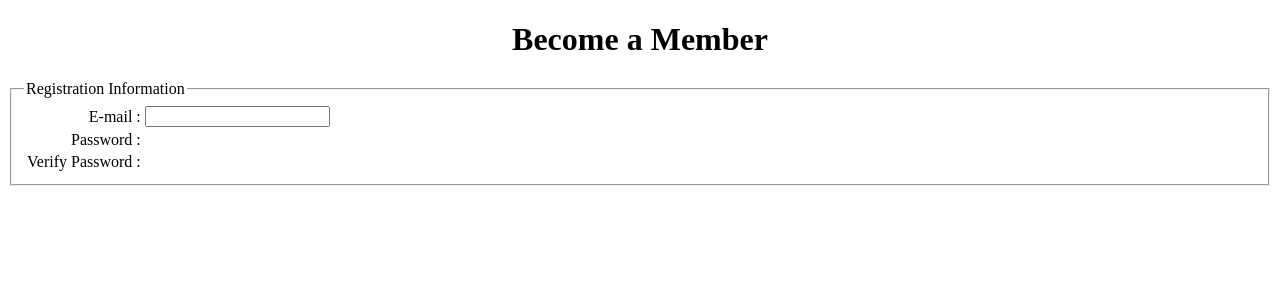
Repository: kjungyoun/Web_Study_2021
Page: homework_front/WebContent/0302/0302.html
An editor plug-in stored every save of this project. The page is shown before and after the next save, followed by the edit.
The browser window is 1280 px wide. The pictures show the whole page.

Above is the page before, as saved 2021-03-02 09:10:42.

### homework_front/WebContent/0302/0302.html
<!DOCTYPE html>
<html>
<head>
<meta charset="UTF-8">
<title>Become a Member</title>
</head>
<body>
<header>
	<h1 align="center">
		Become a Member
	</h1>
</header>
<form action="index.html">
	<fieldset >
		<legend>Registration Information</legend>
		<table >
			<tbody>
				<tr>
					<td align="right">
						<label for="userid">E-mail : </label>
					</td>
					<td align="left">
						<input type="email" id="email" name="email">
					</td>
				</tr>
				<tr>
					<td align="right">
					<label for="password">Password : </label>
					</td>
				</tr>
				<tr>
					<td align="right">
						<label for="vpassword">Verify Password : </label>
					</td>
				</tr>
			</tbody>
		</table>
	</fieldset>
</form>
</body>
</html>

After the next save:
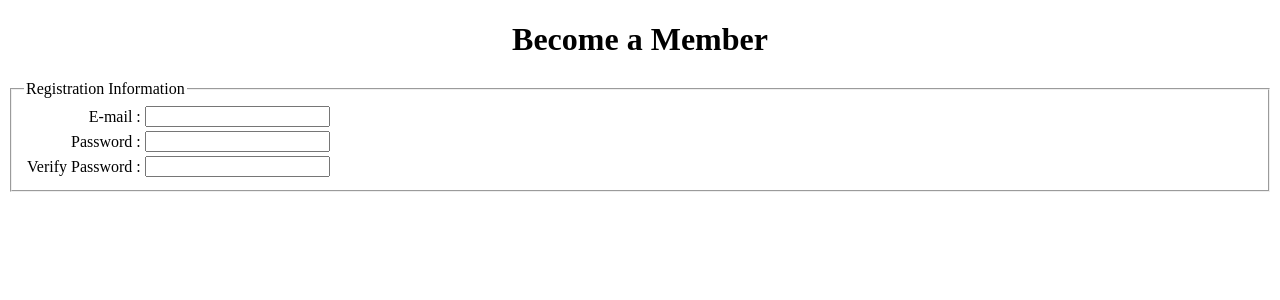
Saved 29 s later.
--- a/homework_front/WebContent/0302/0302.html
+++ b/homework_front/WebContent/0302/0302.html
@@ -27,10 +27,16 @@
 					<td align="right">
 					<label for="password">Password : </label>
 					</td>
+					<td align="left">
+						<input type="password" id="psw" name="email">
+					</td>
 				</tr>
 				<tr>
 					<td align="right">
 						<label for="vpassword">Verify Password : </label>
+					</td>
+					<td align="left">
+						<input type="email" id="email" name="email">
 					</td>
 				</tr>
 			</tbody>
